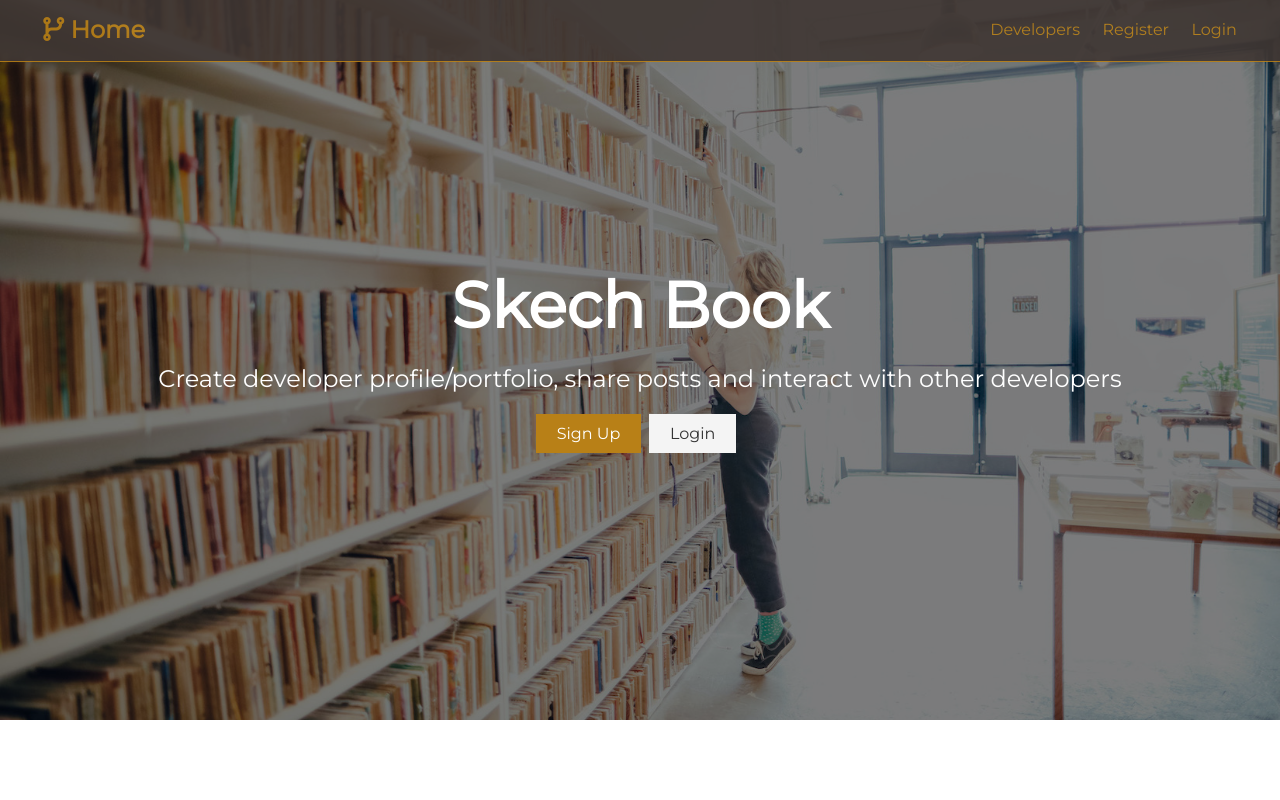
Repository: devnight0913/skechbook
Page: / (app in client/)
The author's editor kept a copy of each file at every save. The page is drawn from the files as they stood at one save, then again after the next save.
The browser window is 1280 px wide. The pictures show the whole page.
Some web libraries are served in a nearby version. The project was rebuilt for these pictures with package versions that can differ from the ones it lists, and the page was loaded fresh each time. Also part of the build but not shown: client/src/components/auth/Login.js, client/src/components/auth/Register.js, client/src/components/dashboard/DashboardActions.js, client/src/actions/profile.js, client/src/utils/formatDate.js, client/src/components/dashboard/Experience.js, client/src/components/dashboard/Education.js, client/src/components/dashboard/Dashboard.js and 22 more.

Above is the page before, as saved 2023-07-24 14:04:09.

After the next save:
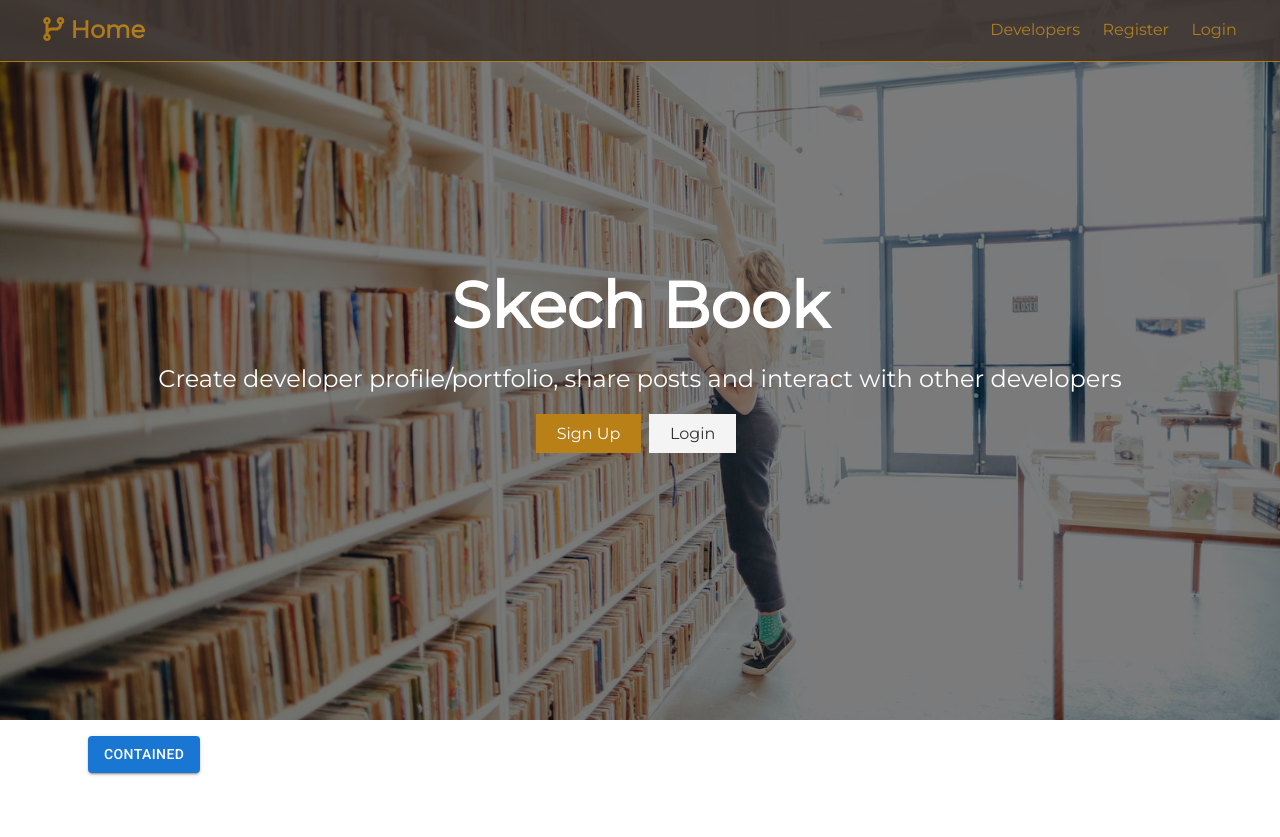
Saved 95 s later.
--- a/client/src/components/layout/Footer.js
+++ b/client/src/components/layout/Footer.js
@@ -6,6 +6,7 @@ import { connect } from "react-redux";
 import PropTypes from "prop-types";
 import { useEffect } from "react";
 import { loadBook } from "../../actions/book";
+import { Button } from "@mui/material";
 
 const Footer = ({ books, loadBook }) => {
   useEffect(() => {
@@ -25,6 +26,7 @@ const Footer = ({ books, loadBook }) => {
             );
           })}
         </Grid>
+        <Button variant="contained">Contained</Button>
       </Container>
     </div>
   );
